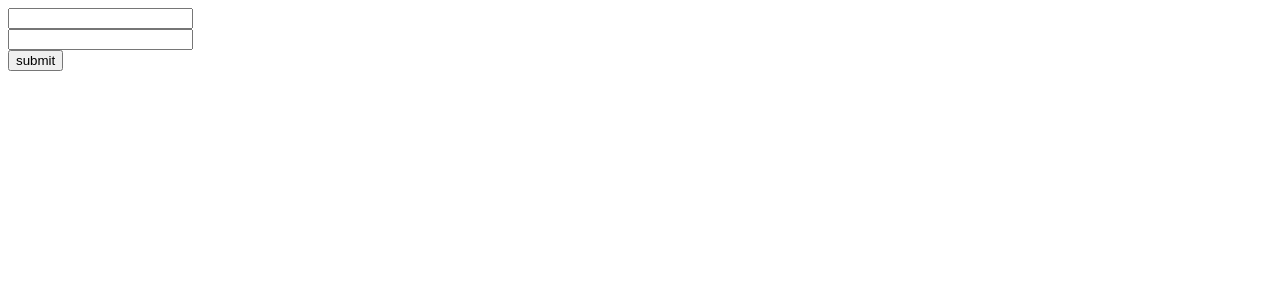
Repository: subhani70/AdvanceJava
Page: ProjectStudent/src/main/webapp/signin.html
These files come from the project's save history. The page is drawn as it stood at one moment and after the next save; the edit follows.
The browser window is 1280 px wide. The pictures show the whole page.

Above is the page before, as saved 2025-07-02 08:21:21.

After the next save:
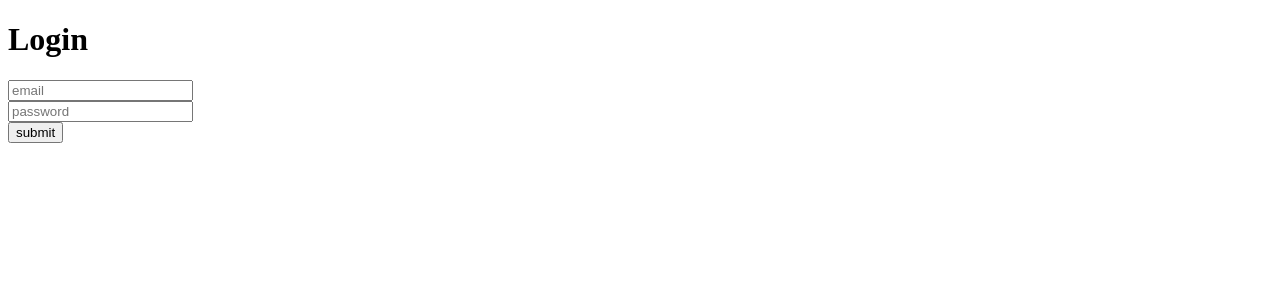
Saved 83 s later.
--- a/ProjectStudent/src/main/webapp/signin.html
+++ b/ProjectStudent/src/main/webapp/signin.html
@@ -5,9 +5,10 @@
 <title>Insert title here</title>
 </head>
 <body>
+ <h1>Login</h1>
 		<form action="signin" method="get">
-			<input type="email" name="email" > <br>
-			<input type="password" name="password" ><br>
+			<input type="email" name="email" placeholder="email"> <br>
+			<input type="password" name="password" placeholder="password" ><br>
 			<button>submit</button>
 
 		</form>
